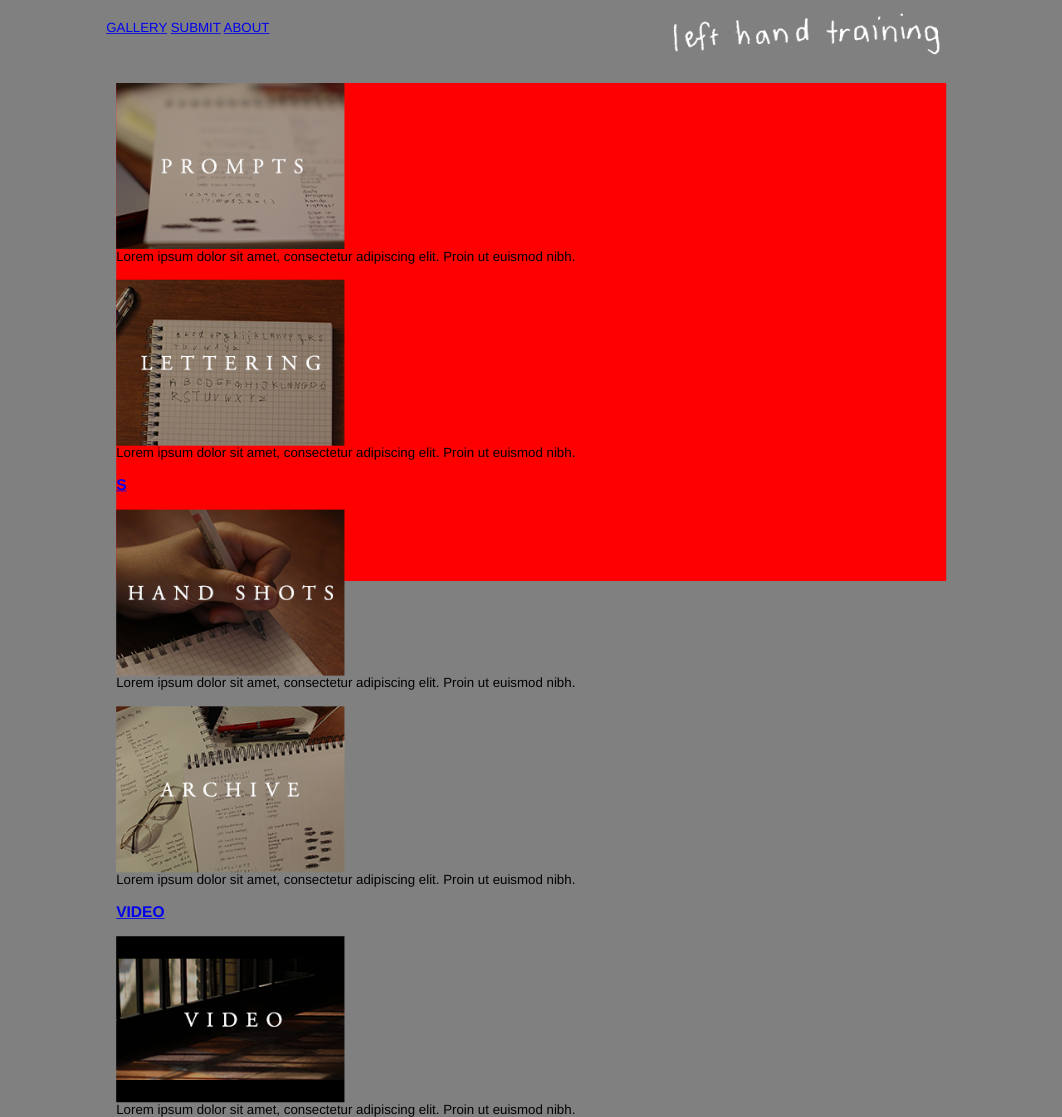
Repository: simonekurtz/simonekurtz.github.io
Page: 3ASGN_Catalog/gallery.html
The author's editor kept a record of every edit. The page is drawn from the files as they stood at one moment, then again after the next edit.
The browser window is 1280 px wide. The pictures show the whole page, at 83% of full size.
Some web libraries are served in a nearby version.

Above is the page before.

After the next edit:
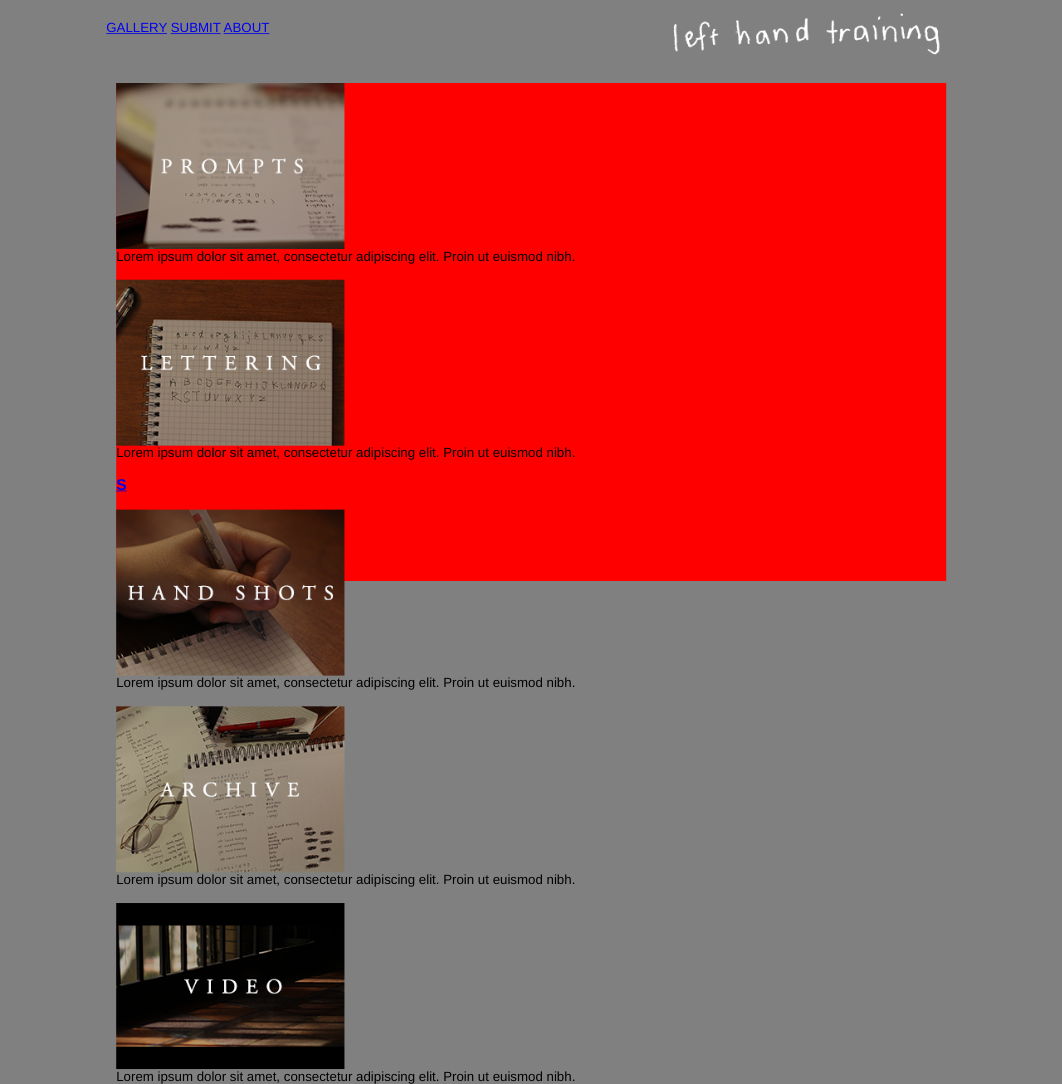
The edit:
--- a/3ASGN_Catalog/gallery.html
+++ b/3ASGN_Catalog/gallery.html
@@ -78,7 +78,7 @@
                     </div>
                 </div>
                 <div class="Gallery5">
-                    <h3><a href="video.html">VIDEO</a></h3>
+                    <h3><a href="video.html"></a></h3>
                     <div class="galleryContainer5">
                         <div class="galleryImage5"><img src="images/images/VideoCover.png">
                         </div>
